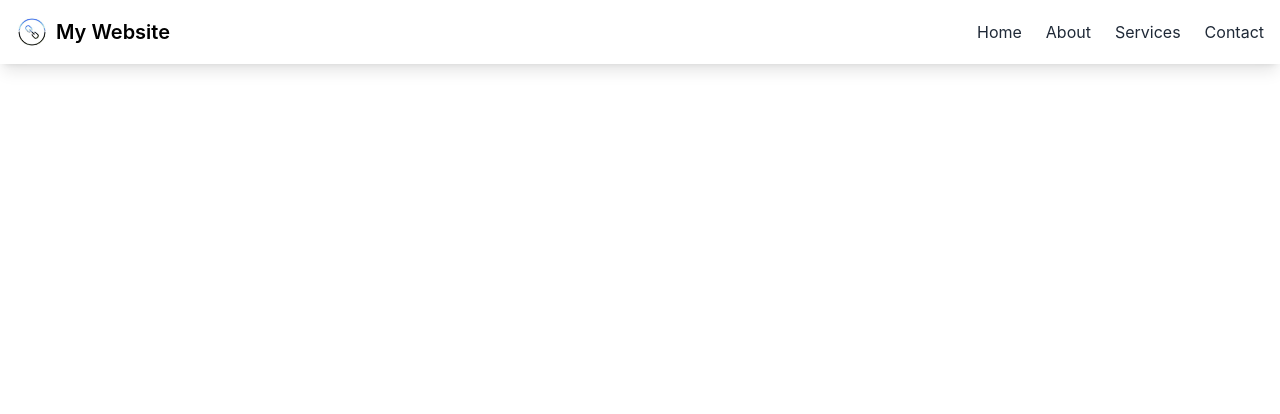
Repository: Abel-A16/react-tailwind
Page: /
These files come from the project's save history. The page is drawn as it stood at one moment and after the next save; the edit follows.
The browser window is 1280 px wide. The pictures show the whole page.
The project was rebuilt for these pictures with package versions that can differ from the ones it lists, and the page was loaded fresh each time.

Above is the page before, as saved 2024-10-11 11:22:27.

### src/App.js
import logo from './logo.svg';
import './App.css';
import NavBar from './components/NavBar';
import CardComponent from './components/CardComponent';

function App() {
  return (
    <div className="App">
      <NavBar/>
      <div className='flex flex-wrap '>

      </div>
      </div>
  );
}

export default App;

### src/components/NavBar.js
import React, { useState } from "react";

const Navbar = () => {
  // State for controlling mobile menu visibility
  const [isMobileMenuOpen, setIsMobileMenuOpen] = useState(false);
  // State for controlling services dropdown
  const [isDropdownOpen, setIsDropdownOpen] = useState(false);

  const toggleMobileMenu = () => {
    setIsMobileMenuOpen(!isMobileMenuOpen);
  };

  const toggleDropdown = () => {
    setIsDropdownOpen(!isDropdownOpen);
  };

  return (
    <nav className="bg-white shadow-lg">
      <div className="max-w-7xl mx-auto px-4">
        <div className="flex justify-between items-center py-4">
          {/* Logo */}
          <div className="flex items-center space-x-2">
            <img src="data:[embedded picture, 8135 characters]" alt="Logo" className="h-8 w-8" />
            <span className="text-xl font-semibold">My Website</span>
          </div>

          {/* Links (hidden on small screens) */}
          <div className="hidden md:flex space-x-6">
            <a href="#" className="text-gray-800 hover:text-blue-500">
              Home
            </a>
            <a href="#" className="text-gray-800 hover:text-blue-500">
              About
            </a>

            {/* Dropdown for Services */}
            <div
              className="relative group"
              onMouseEnter={() => setIsDropdownOpen(true)}
              onMouseLeave={() => setIsDropdownOpen(false)}
            >
              <button
                className="text-gray-800 hover:text-blue-500 focus:outline-none"
                onClick={toggleDropdown}
              >
                Services
              </button>
              {isDropdownOpen && (
                <div className="absolute bg-white shadow-md mt-2 rounded-lg w-48">
                  <a
                    href="#"
                    className="block px-4 py-2 text-gray-800 hover:bg-gray-100"
                  >
                    Service 1
                  </a>
                  <a
                    href="#"
                    className="block px-4 py-2 text-gray-800 hover:bg-gray-100"
                  >
                    Service 2
                  </a>
                  <a
                    href="#"
                    className="block px-4 py-2 text-gray-800 hover:bg-gray-100"
                  >
                    Service 3
                  </a>
                </div>
              )}
            </div>

            <a href="#" className="text-gray-800 hover:text-blue-500">
              Contact
            </a>
          </div>

          {/* Hamburger menu (visible on small screens) */}
          <div className="md:hidden">
            <button
              onClick={toggleMobileMenu}
              className="focus:outline-none"
              aria-label="Toggle mobile menu"
            >
              <svg
                className="h-8 w-8 text-gray-800"
                xmlns="http://www.w3.org/2000/svg"
                fill="none"
                viewBox="0 0 24 24"
                stroke="currentColor"
              >
                <path
                  strokeLinecap="round"
                  strokeLinejoin="round"
                  strokeWidth="2"
                  d="M4 6h16M4 12h16M4 18h16"
                />
              </svg>
            </button>
          </div>
        </div>

        {/* Mobile Menu (hidden by default) */}
        {isMobileMenuOpen && (
          <div className="md:hidden">
            <a
              href="#"
              className="block px-4 py-2 text-gray-800 hover:bg-gray-100"
            >
              Home
            </a>
            <a
              href="#"
              className="block px-4 py-2 text-gray-800 hover:bg-gray-100"
            >
              About
            </a>

            {/* Mobile Services dropdown */}
            <div className="block">
              <a
                href="#"
                className="block px-4 py-2 text-gray-800 hover:bg-gray-100"
                onClick={toggleDropdown}
              >
                Services
              </a>
              {isDropdownOpen && (
                <div className="pl-4">
                  <a
                    href="#"
                    className="block px-4 py-2 text-gray-800 hover:bg-gray-100"
                  >
                    Service 1
                  </a>
                  <a
                    href="#"
                    className="block px-4 py-2 text-gray-800 hover:bg-gray-100"
                  >
                    Service 2
                  </a>
                  <a
                    href="#"
                    className="block px-4 py-2 text-gray-800 hover:bg-gray-100"
                  >
                    Service 3
                  </a>
                </div>
              )}
            </div>
            <a
              href="#"
              className="block px-4 py-2 text-gray-800 hover:bg-gray-100"
            >
              Contact
            </a>
          </div>
        )}
      </div>
    </nav>
  );
};

export default Navbar;

### tailwind.config.js
module.exports = {
  content: [
    "./src/**/*.{js,jsx,ts,tsx}",
  ],
  theme: {
    extend: {},
  },
  plugins: [],
}

### src/components/CardComponent.js
import React from 'react'

function CardComponent({imageUrl, title, description}) {
  return (
    <div className='bg-white w-72 flex-wrap h-72 m-5 shadow-md rounded-lg overflow-hidden transition-transform hover:scale-105'>
      <div className='flex flex-col items-start'>
        <img src={imageUrl} alt="card" />
        <h2 className='font-bold underline mx-3 my-3'>{title}</h2>
        <p>{description}</p>
    </div>
    </div>
  )
}

export default CardComponent

Loaded but not shown: public/index.html (common file); src/index.js (common file); src/index.css (common file); src/reportWebVitals.js (common file); src/App.css (common file)

After the next save:
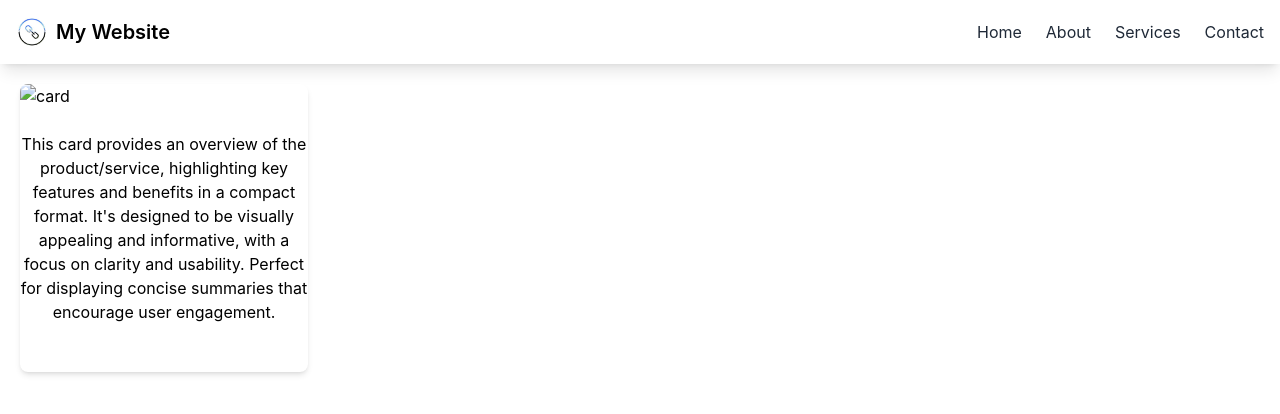
Saved 18 s later.
--- a/src/App.js
+++ b/src/App.js
@@ -8,7 +8,7 @@
     <div className="App">
       <NavBar/>
       <div className='flex flex-wrap '>
-
+        <CardComponent description={"This card provides an overview of the product/service, highlighting key features and benefits in a compact format. It's designed to be visually appealing and informative, with a focus on clarity and usability. Perfect for displaying concise summaries that encourage user engagement."}/>
       </div>
       </div>
   );
